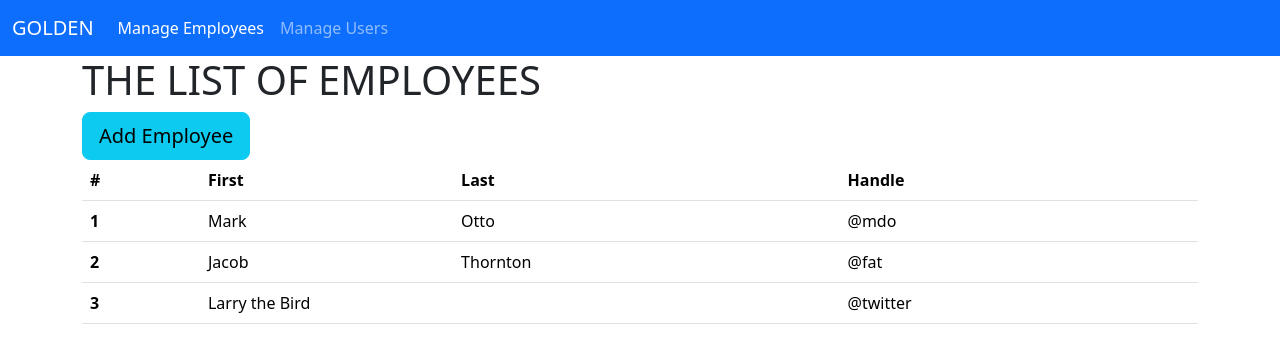
Repository: owuraku/DBC28.1
Page: http://localhost/employees
The author's editor kept a copy of each file at every save. The page is drawn from the files as they stood at one save, then again after the next save.
The browser window is 1280 px wide. The pictures show the whole page.
The page is served by the project's Laravel application, run on PHP 8.4 with Laravel 10. Other server files are loaded and not shown.

Above is the page before, as saved 2023-05-23 09:27:18.

### routes/web.php
<?php

use App\Http\Controllers\EmployeeController;
use App\Http\Controllers\FirstController;
use Illuminate\Support\Facades\Route;

/*
|--------------------------------------------------------------------------
| Web Routes
|--------------------------------------------------------------------------
|
| Here is where you can register web routes for your application. These
| routes are loaded by the RouteServiceProvider and all of them will
| be assigned to the "web" middleware group. Make something great!
|
*/

Route::get('/', function () {
    return view('welcome');
});

// Route::get('/employees', function(){
//     return "Get all employees";
// })->name('employees.index');


// Route::get('/employees/{id}', function($id){
//     return "Get employee with id of $id";
// })->whereNumber('id')->name('employees.show');

Route::get('/employees', [FirstController::class, 'myFirstControllerFunction']);



//Route prefix
// Route::prefix('/employees')
// ->name('employees.')
// ->controller(FirstController::class)
// ->group(function(){
    // Route::get('', 'myFirstControllerFunction' )->name('index');

//     Route::post('', function(){
//         return "Save employee details";
//     })->name('store');

//     Route::get('/create', function(){
//         return "Get employee create form";
//     })->name('create');

//     Route::get('/{id}', 'mySecondControllerFunction')->name('show');

//      Route::get('/edit/{id}', function($id){
//         return "Get edit form for employee with id of $id";
//     })->name('edit');

//     Route::patch('/{id}', function($id){
//         return "Edit employee id of $id";
//     })->name('update');

//      Route::delete('/{id}', function($id){
//         return "Delete employee id of $id";
//     })->name('destroy');
// });


Route::resource('/employees', EmployeeController::class);
// Route::get('/employees', [EmployeeController::class, 'index']);

### app/Http/Controllers/EmployeeController.php
<?php

namespace App\Http\Controllers;

use Illuminate\Http\Request;

class EmployeeController extends Controller
{
    /**
     * Display a listing of the resource.
     */
    public function index()
    {
         return view('employees.list');
    }

    /**
     * Show the form for creating a new resource.
     */
    public function create()
    {
        return view('employees.add');
        //
    }

    /**
     * Store a newly created resource in storage.
     */
    public function store(Request $request)
    {
        $validated = $request->validate([
        'last_name' => 'required|min:10',
        'first_name' => 'required|min:10',
        ]);
        //

        return $validated;
    }

    /**
     * Display the specified resource.
     */
    public function show(string $id)
    {
        //
    }

    /**
     * Show the form for editing the specified resource.
     */
    public function edit(string $id)
    {
        //
    }

    /**
     * Update the specified resource in storage.
     */
    public function update(Request $request, string $id)
    {
        //
    }

    /**
     * Remove the specified resource from storage.
     */
    public function destroy(string $id)
    {
        //
    }
}

### resources/views/employees/list.blade.php
@extends('layout.master')

@section('title', 'List of Emplyees')

@section('content')
    <h1>THE LIST OF EMPLOYEES</h1>
    <a href="{{ route('employees.create') }}" class="btn btn-info btn-lg">Add Employee</a>

    <table class="table">
        <thead>
            <tr>
                <th scope="col">#</th>
                <th scope="col">First</th>
                <th scope="col">Last</th>
                <th scope="col">Handle</th>
            </tr>
        </thead>
        <tbody>
            <tr>
                <th scope="row">1</th>
                <td>Mark</td>
                <td>Otto</td>
                <td>@mdo</td>
            </tr>
            <tr>
                <th scope="row">2</th>
                <td>Jacob</td>
                <td>Thornton</td>
                <td>@fat</td>
            </tr>
            <tr>
                <th scope="row">3</th>
                <td colspan="2">Larry the Bird</td>
                <td>@twitter</td>
            </tr>
        </tbody>
    </table>
@endsection

### resources/views/layout/master.blade.php
<!DOCTYPE html>
<html lang="en">

<head>
    <meta charset="UTF-8">
    <meta name="viewport" content="width=device-width, initial-scale=1.0">
    <meta http-equiv="X-UA-Compatible" content="ie=edge">
    <link href="https://cdn.jsdelivr.net/npm/bootstrap@5.3.0-alpha3/dist/css/bootstrap.min.css" rel="stylesheet"
        integrity="sha384-KK94CHFLLe+nY2dmCWGMq91rCGa5gtU4mk92HdvYe+M/SXH301p5ILy+dN9+nJOZ" crossorigin="anonymous">
    <title>
        @yield('title')
    </title>
</head>

<body>
    <main>
        @include('layout.navbar')
        <div class="container">
            @yield('content')
        </div>
    </main>

    <script src="https://cdn.jsdelivr.net/npm/bootstrap@5.3.0-alpha3/dist/js/bootstrap.bundle.min.js"
        integrity="sha384-ENjdO4Dr2bkBIFxQpeoTz1HIcje39Wm4jDKdf19U8gI4ddQ3GYNS7NTKfAdVQSZe" crossorigin="anonymous">
    </script>
</body>

</html>

### resources/views/layout/navbar.blade.php
<nav class="navbar navbar-expand-lg bg-primary" data-bs-theme="dark">
    <div class="container-fluid">
        <a class="navbar-brand" href="#">GOLDEN</a>
        <button class="navbar-toggler" type="button" data-bs-toggle="collapse" data-bs-target="#navbarSupportedContent"
            aria-controls="navbarSupportedContent" aria-expanded="false" aria-label="Toggle navigation">
            <span class="navbar-toggler-icon"></span>
        </button>
        <div class="collapse navbar-collapse" id="navbarSupportedContent">
            <ul class="navbar-nav me-auto mb-2 mb-lg-0">
                <li class="nav-item">
                    <a class="nav-link active" aria-current="page" href="{{ route('employees.index') }}">Manage
                        Employees</a>
                </li>
                <li class="nav-item">
                    <a class="nav-link" aria-current="page" href="#">Manage
                        Users</a>
                </li>
            </ul>
            {{-- <form class="d-flex" role="search">
        <input class="form-control me-2" type="search" placeholder="Search" aria-label="Search">
        <button class="btn btn-outline-success" type="submit">Search</button>
      </form> --}}
        </div>
    </div>
</nav>

Loaded but not shown: app/Http/Controllers/Controller.php (common file)

After the next save:
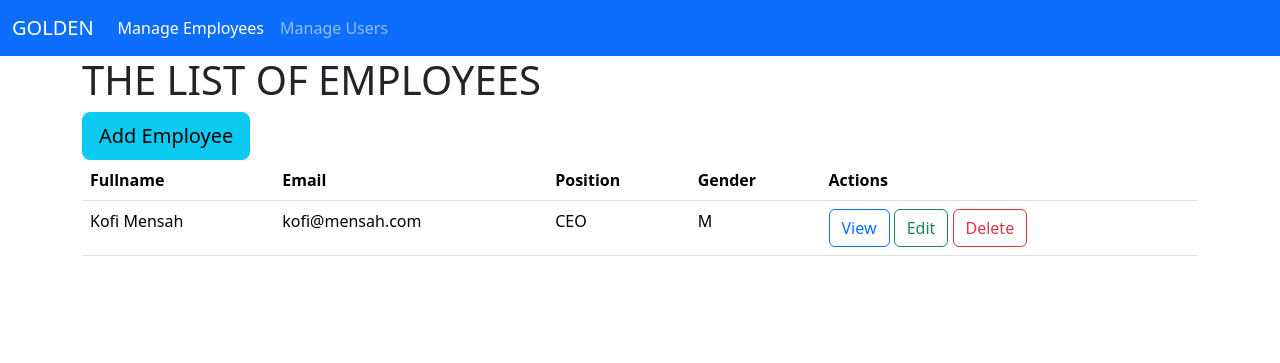
Saved 18 min 22 s later.
--- a/resources/views/employees/list.blade.php
+++ b/resources/views/employees/list.blade.php
@@ -9,29 +9,24 @@
     <table class="table">
         <thead>
             <tr>
-                <th scope="col">#</th>
-                <th scope="col">First</th>
-                <th scope="col">Last</th>
-                <th scope="col">Handle</th>
+                <th scope="col">Fullname</th>
+                <th scope="col">Email</th>
+                <th scope="col">Position</th>
+                <th scope="col">Gender</th>
+                <th scope="col">Actions</th>
             </tr>
         </thead>
         <tbody>
             <tr>
-                <th scope="row">1</th>
-                <td>Mark</td>
-                <td>Otto</td>
-                <td>@mdo</td>
-            </tr>
-            <tr>
-                <th scope="row">2</th>
-                <td>Jacob</td>
-                <td>Thornton</td>
-                <td>@fat</td>
-            </tr>
-            <tr>
-                <th scope="row">3</th>
-                <td colspan="2">Larry the Bird</td>
-                <td>@twitter</td>
+                <td>Kofi Mensah</td>
+                <td>kofi@mensah.com</td>
+                <td>CEO</td>
+                <td>M</td>
+                <td>
+                    <button type="button" class="btn btn-outline-primary">View</button>
+                    <button type="button" class="btn btn-outline-success">Edit</button>
+                    <button type="button" class="btn btn-outline-danger">Delete</button>
+                </td>
             </tr>
         </tbody>
     </table>
